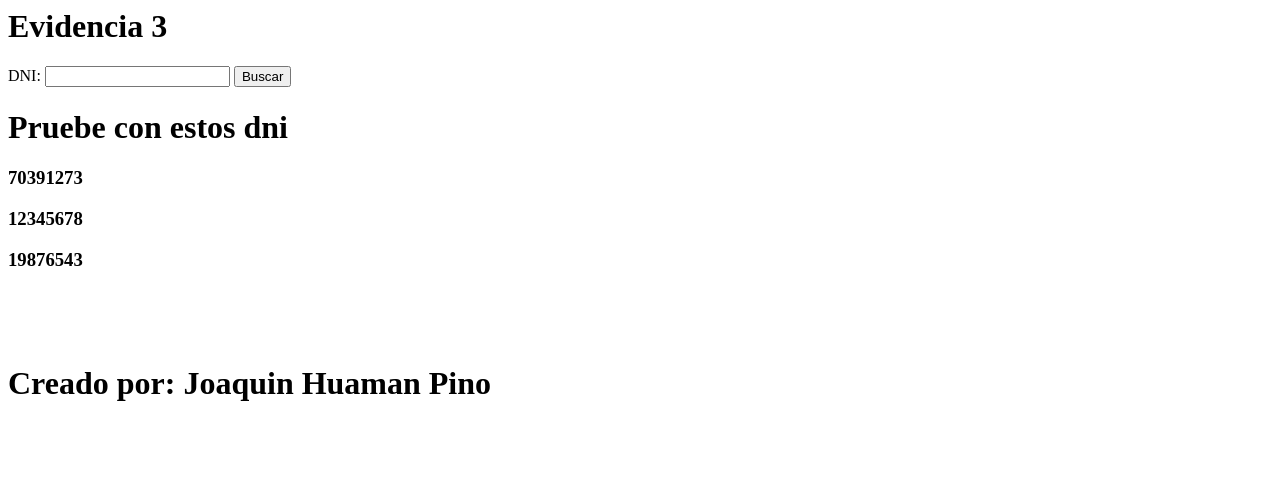
Repository: quino22/ulasalle
Page: ev3-70391273/war/index.html
These files come from the project's save history. The page is drawn as it stood at one moment and after the next save; the edit follows.
The browser window is 1280 px wide. The pictures show the whole page.

Above is the page before, as saved 2016-11-04 16:41:52.

### ev3-70391273/war/index.html
<!DOCTYPE HTML PUBLIC "-//W3C//DTD HTML 4.01 Transitional//EN">
<!-- The HTML 4.01 Transitional DOCTYPE declaration-->
<!-- above set at the top of the file will set     -->
<!-- the browser's rendering engine into           -->
<!-- "Quirks Mode". Replacing this declaration     -->
<!-- with a "Standards Mode" doctype is supported, -->
<!-- but may lead to some differences in layout.   -->

<html>
  <head>
    <meta http-equiv="content-type" content="text/html; charset=UTF-8">
    <title>Evidencia 3</title>
  </head>

  <body>
    <h1>Evidencia 3</h1>

	<form action="/ev3_70391273" method="get">
		DNI: <input type="text" name="dni">
		<input type="submit" value="Buscar">
	</form>
	<h1>Pruebe con estos dni</h1>
	<h3>70391273</h3>
	<h3>12345678</h3>
	<h3>19876543</h3>
	<br>
	<br>
	<br>
	<h1>Creado por: Joaquin Huaman Pino</h1>
  </body>
</html>

After the next save:
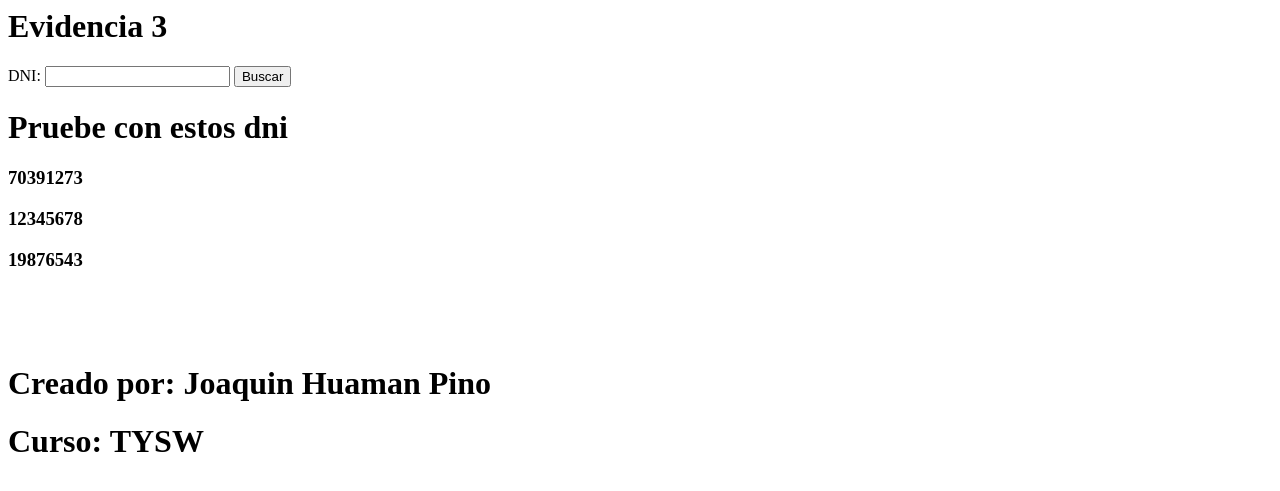
Saved 16 s later.
--- a/ev3-70391273/war/index.html
+++ b/ev3-70391273/war/index.html
@@ -27,5 +27,6 @@
 	<br>
 	<br>
 	<h1>Creado por: Joaquin Huaman Pino</h1>
+	<h1>Curso: TYSW </h1>
   </body>
 </html>
